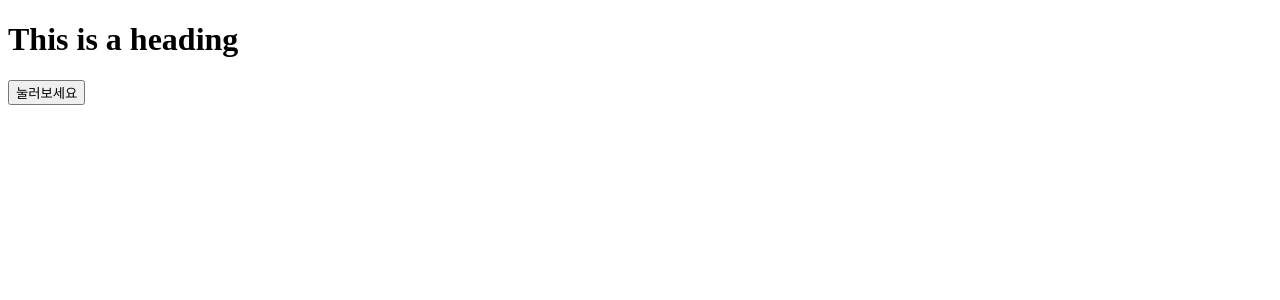
Repository: yujisu01/2021_504_java
Page: javascript_jquery/WebContent/ex03.html
An editor plug-in stored every save of this project. The page is shown before and after the next save, followed by the edit.
The browser window is 1280 px wide. The pictures show the whole page.

Above is the page before, as saved 2021-04-14 00:55:19.

After the next save:
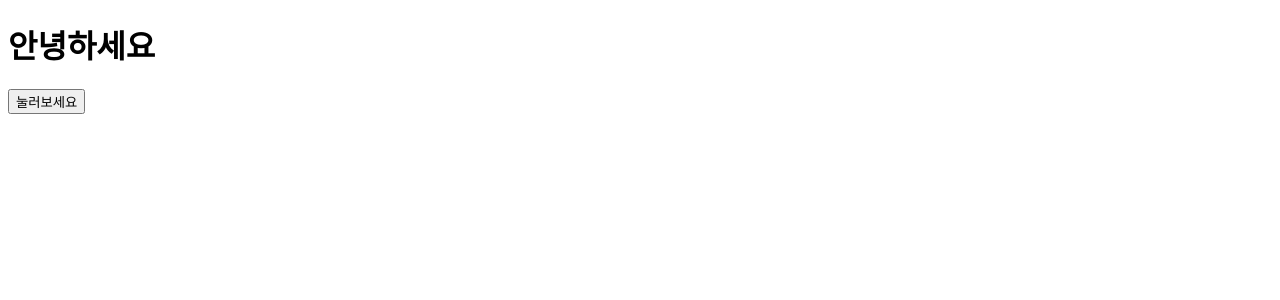
Saved 26 s later.
--- a/javascript_jquery/WebContent/ex03.html
+++ b/javascript_jquery/WebContent/ex03.html
@@ -3,11 +3,11 @@
 <head>
 <meta charset="UTF-8">
 <title>안녕하세요</title>
- <h1 id= "test">This is a heading</h1>
+ <h1 id= "name">안녕하세요</h1>
 <script type="text/javascript">
 	function changeColor(){
-		e = document.getElementById("test");
-		e.style.color="red";
+		e = document.getElementById("name");
+		e.style.color="#ffdddd";
 	}
 </script>
 <button type="button" onclick="changeColor();">눌러보세요</button>
